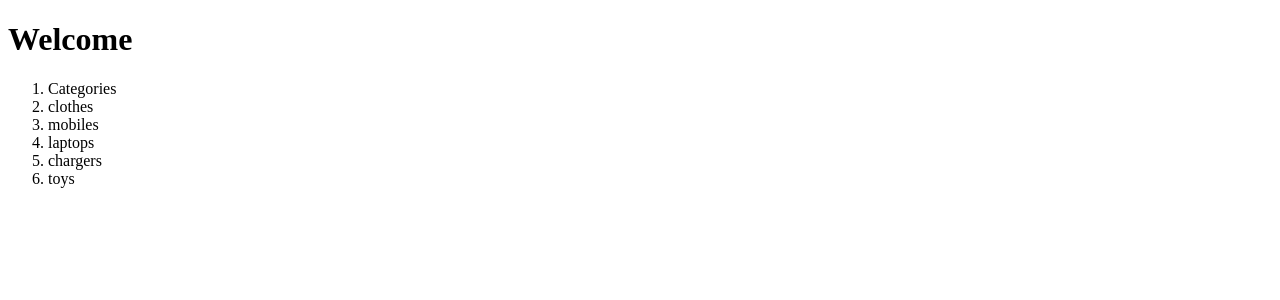
Repository: mounikakalakonda/amazon
Page: Amazon/WebContent/index.html
The author's editor kept a copy of each file at every save. The page is drawn from the files as they stood at one save, then again after the next save.
The browser window is 1280 px wide. The pictures show the whole page.

Above is the page before, as saved 2020-05-01 11:47:27.

After the next save:
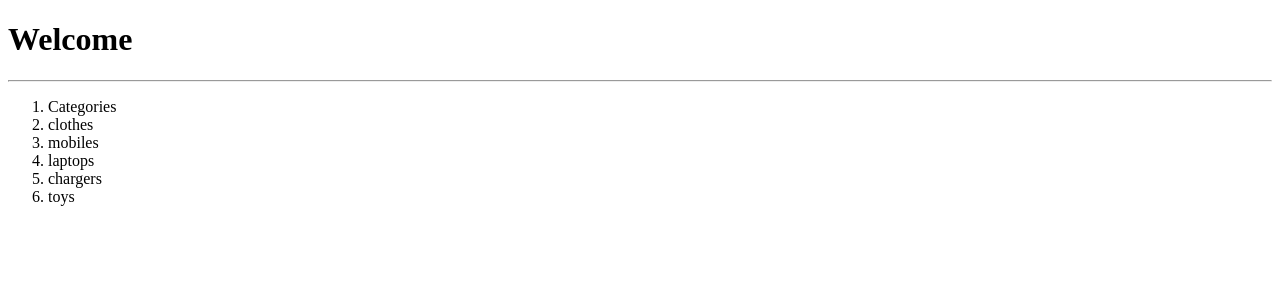
Saved 18 s later.
--- a/Amazon/WebContent/index.html
+++ b/Amazon/WebContent/index.html
@@ -5,7 +5,7 @@
 <title>amazon | index</title>
 </head>
 <body>
-	<h1>Welcome</h1>
+	<h1>Welcome</h1><hr>
 	<ol>
 	<li>Categories</li>
 	<li>clothes</li>
